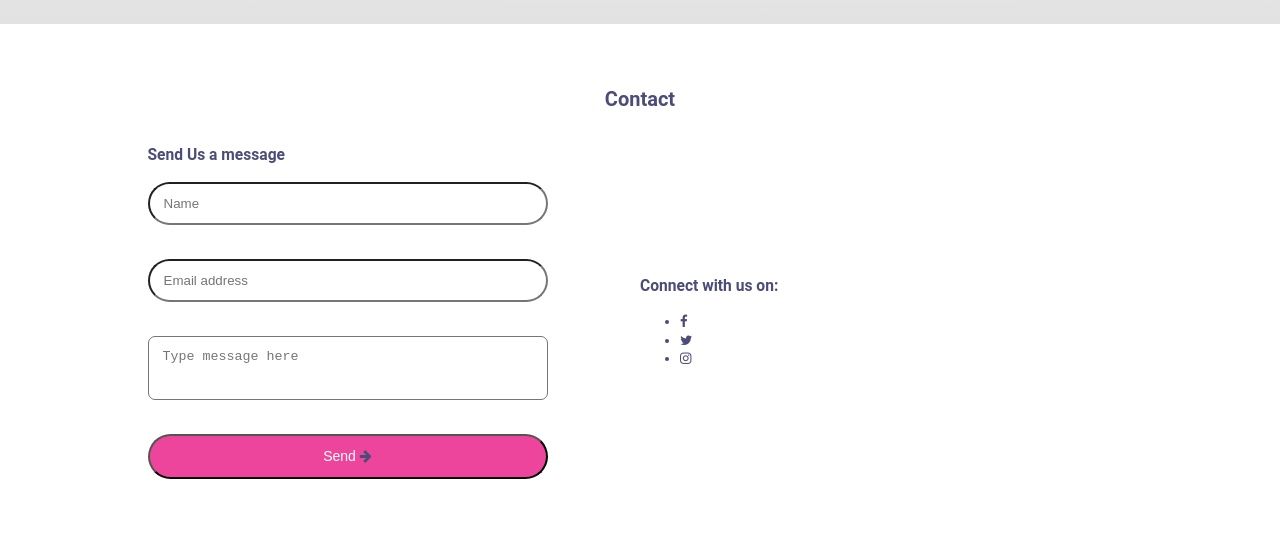
Repository: wisdomspine/emmatech-website
Page: index.html
These files come from the project's save history. The page is drawn as it stood at one moment and after the next save; the edit follows.
The browser window is 1280 px wide. The pictures show the part of the page from y = 1532 to 2089 px (the page is 2089 px tall before and 2085 px after).
A picture or video elsewhere on the page could not be fetched, so the positions and the page height are approximate.

Above is the page before, as saved 2020-11-02 12:25:48.

After the next save:
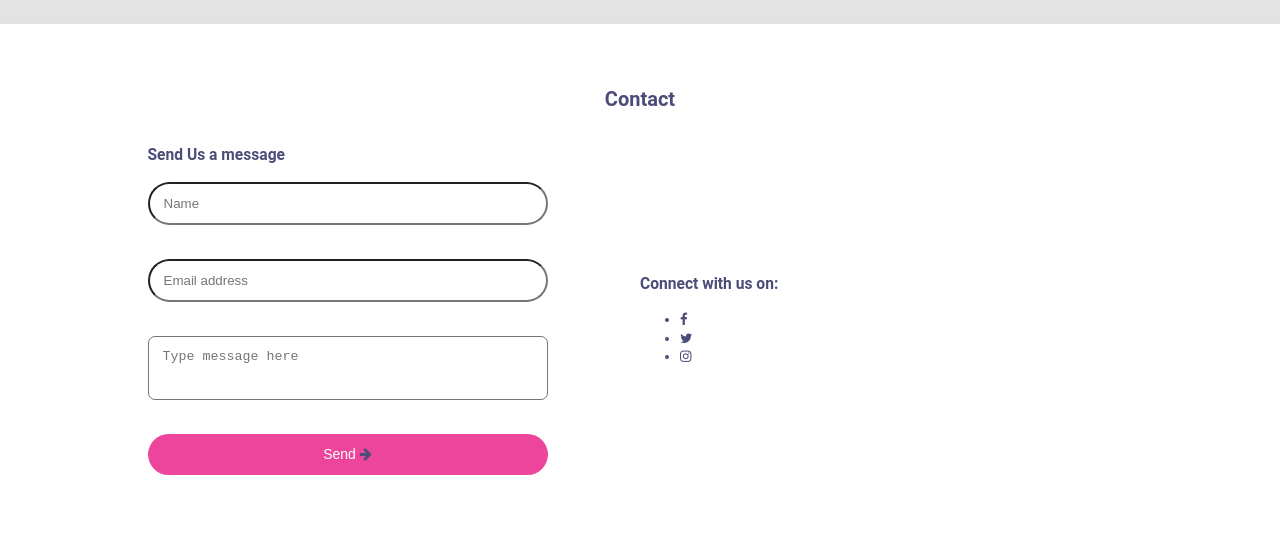
Saved 51 s later.
--- a/assets/styles/index.css
+++ b/assets/styles/index.css
@@ -143,3 +143,7 @@ textarea{
     border-radius: 7px;
     height: 64px;
 }
+
+.home-contact button{
+    border: none;
+}
